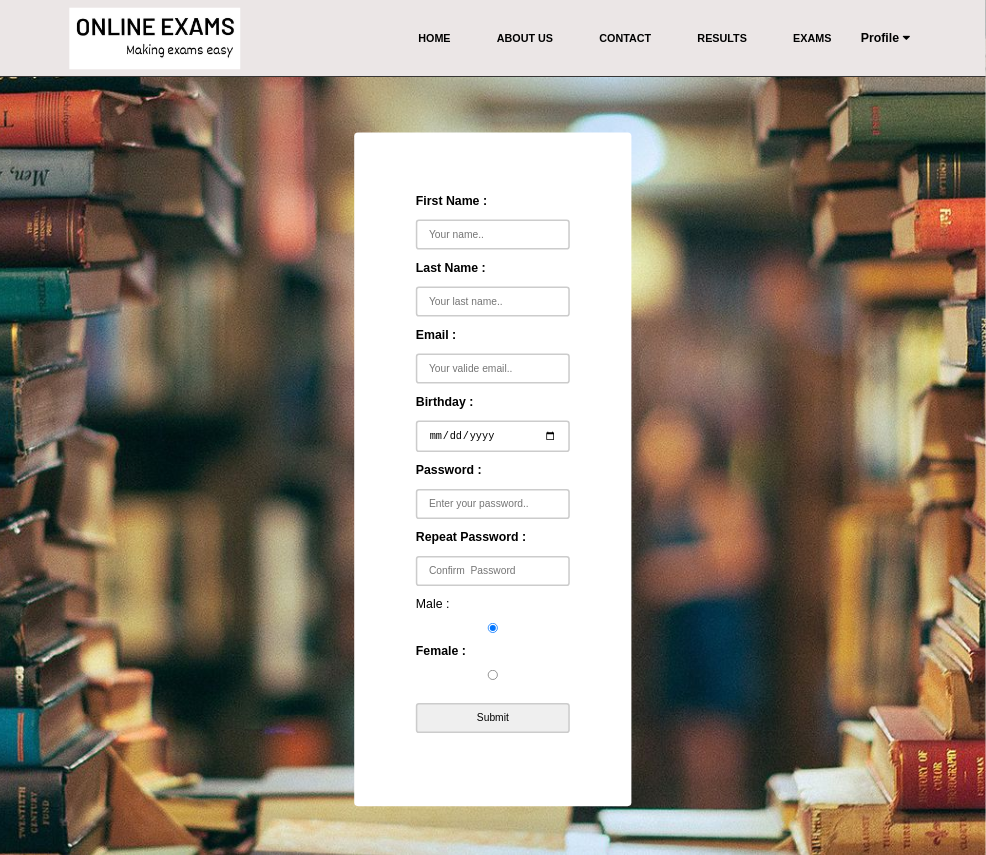
Repository: Isurinda-Shamika/online-exam
Page: http://localhost/online_exam/update_profile.jsp
These files come from the project's save history. The page is drawn as it stood at one moment and after the next save; the edit follows.
The browser window is 1280 px wide. The pictures show the whole page, at 77% of full size.
Some web libraries are served in a nearby version. The page is served by Tomcat 9. Nobody is signed in. The application's start-up code is not run. Other server files are loaded and not shown.

Above is the page before, as saved 2022-11-09 09:08:32.

### online exam/src/main/webapp/update_profile.jsp
<%@ page language="java" contentType="text/html; charset=ISO-8859-1"
    pageEncoding="ISO-8859-1"%>
<!DOCTYPE html>
<html>
<head>

	<title>Registration Page</title>
	<link rel="stylesheet" type="text/css" href="CSS/register.css">
	<!--Bootstrap website link to get social media icons(use.fontawesome.com)-->
	<link
      rel="stylesheet"
      href="https://use.fontawesome.com/releases/v5.13.0/css/all.css"
      integrity="sha384-Bfad6CLCknfcloXFOyFnlgtENryhrpZCe29RTifKEixXQZ38WheV+i/6YWSzkz3V"
      crossorigin="anonymous"/>
	  <script src="JS/register.js"></script>
	<script src=""></script>

</head>
<body>
	<!--Header-->
	<!--Navigation Bar-->

	<nav>
		<a href="home.html"><img src="Images/logo.jpeg" class="logo"></a>
		<ul>
			<li><a href="home.html">Home</a></li>
			<li><a href="about-us.html">About Us</a></li>
			<li><a href="contact.html">Contact</a></li>
			<li><a href="results.html">Results</a></li>
			<li><a href="Exams.html">Exams</a></li>
			<div class="dropdown">
				<button class="dropbtn">Profile
				<i class="fa fa-caret-down"></i>
				</button>
				<div class="dropdown-content">
                    <a href="login.html">Sign In</a>
				</div>
			</div>
		</ul>
	</nav>
	<br>
	<br>
	<br>
	<br>
	<br>
	<br>
<div class = register_page>
	<!--Register Form-->
	<div class = form>

        <body>
            <div class="register-wrapper">
                <div class="form">
                    <form action="register_process.php" method="POST" id="reg_form">
                        <div>
                            <div class="form-group">
                                <label for="fname"><b>First Name :</b></label>
                                <input class="form-element" type="text" id="fname" name="firstname" placeholder="Your name.." autocomplete="off" required>
                                <small style="color:red;"></small>
                            </div>
                            <div class="form-group">
                                <label for="lname"><b>Last Name :</b></label>
                                <input class="form-element" type="text" id="lname" name="lastname" placeholder="Your last name.." autocomplete="off" required>
                            </div>
                        </div>
                        <div>
                            <div class="form-group">
                                <label for="email"><b>Email :</b></label>
                                <input class="form-element" type="text" id="email" name="email" placeholder="Your valide email.." autocomplete="off">
                                <small style="color:red;"></small>
                            </div>
                            <div class="form-group">
                                <label for="birthday"><b>Birthday :</b></label>
                                <input class="form-element" type="date" id="birthday" name="birthday" required>

                            </div>
                        </div>
                        <div>
                            <div class="form-group">
                                <label for="password"><b>Password :</b> </label>
                                <input class="form-element" type="password" id="password" name="password" placeholder="Enter your password.." autocomplete="off">
                                <small style="color:red;"></small>
                            </div>
                            <div class="form-group">
                                <label for="password_repeat"><b>Repeat Password :</b></label>
                                <input class="form-element" type="password" placeholder="Confirm  Password" name="password_repeat" id="password_repeat" autocomplete="off">
                                <small style="color:red;"></small>
                            </div>
                        </div>
                        <div>
                            <div class="form-group" id="radio">
                                <b></b>Male :</b>
                                <input class="form-radio" type="radio" name="gender" id="male" value="M" checked>
                                <b>Female :</b>
                                <input class="form-radio" type="radio" name="gender" id="female" value="F">
                            </div>
                        </div>
                        <div>

                        </div>
                        <div class="w-100 p-1">
                            <input type="submit" class="submit_btn float-right" id="submit_btn" value="Submit">
                        </div>

                    </form>
                </div>
            </div>

### online exam/src/main/webapp/CSS/register.css
body{
	background-image: url("../images/book.jpg");
	height: 100%;
	background-position: center;
    background-repeat: no-repeat;
    background-size: cover;
	margin: 0;
    padding: 0;
    font-family: Arial;
    background-color: rgb(255, 255, 255);
}

p{
    color: #000000;
}
nav{
    position: absolute;
    top: 0;
    left: 0;
    width: 100%;
    height: 100px;
    padding: 10px 90px;
    box-sizing: border-box;
    background:rgb(235, 230, 230);
    border-bottom:1px solid #000000;
 z-index: 1;
}

.logo{
    width: 222px;
    cursor: pointer;
}

nav ul{
    list-style: none;
    float: right;
    margin: 0;
    padding: 0;
    display: flex;
}

nav ul li a{
    line-height: 80px;
    color: rgb(0, 0, 0);
    padding: 12px 30px;
    text-decoration: none;
    font-size: 14px;
    font-weight: bold;
    text-transform: uppercase;
}

nav ul li a:hover{
   color: #4caf50;
}

.dropdown {
 float: left;
 overflow: hidden;
}

.dropdown .dropbtn {
    font-size: 16px;
    border: none;
    outline: none;
    color: rgb(0, 0, 0);
    padding: 30px 8px 5px 8px;
    background-color: inherit;
    font-family: Arial;
    margin: 0;
    font-weight:Bold;
}

.navbar a:hover, .dropdown:hover .dropbtn {
 color: #4caf50;
}

.dropdown-content {
    display: none;
    position: absolute;
    background-color: rgb(0, 0, 0);
    min-width: 160px;
    box-shadow: 0px 8px 16px 0px rgba(0,0,0,0.2);
    z-index: 1;
}

.dropdown-content a {
 float: none;
 color: white;
 padding: 12px 25px;
 text-decoration: none;
 display: block;
 text-align: left;
}

.dropdown-content a:hover {
 background-color: #4caf50;
}

.dropdown:hover .dropdown-content {
 display: block;
}

.line-before-footer{
 background-color: transparent;
 border-color:transparent;
 margin-top: 140px;
}

.register_page{
	width: 360px;
	padding: 5%;
	margin: auto;
}

.form{
  border-radius: 5px;
  background-color: f;
  padding: 40px;
  position: relative;
  z-index: 1;
  background: #ffffff;
  max-width: 400px;
  margin: auto;
  text-align: left;
}

.form input{
  width: 100%;
  padding: 10px 15px;
  margin: 15px 0;
  display: inline-block;
  border: 2px solid #ccc;
  border-radius: 4px;
  box-sizing: border-box;
}

.btn{
  width: 100%;
  background-color: #4CAF50;
  color: white;
  padding: 20px 25px;
  margin: 20px 0;
  border: none;
  border-radius: 4px;
  cursor: pointer;
}

.btn:hover  {
  background: rgb(255, 196, 0);
}

.topic{
   font-family: "Arial", sans-serif;
   width: 100%;
   text-align: center;
   border-bottom: 1px solid #000;
   line-height: 0.1em;
   margin: 10px 0 20px;
}

.topic span {
    background:#fff;
    padding:0 10px;
}

footer{
 background: #191920;
 height: 300px;
 color: white;
 position: relative;
 margin-top: -20px;
}

.footer_bottom{
 background: rgb(194, 189, 189);
 height: 30px;
 width: 100%;
 text-align: center;
 position: absolute;
 bottom: 0px;
 left: 0px;
 padding-top: 0px;
}

.social{
 margin: 20px ;
 margin-left: 32%;
 position: absolute;
 bottom: 25px;
 left: 12.5%;
 right: 35px;
}

.social a{
 color: #fff;
 margin-right: 25px;
 font-size: 22px;
 text-decoration: none;
 transition: .3s linear;
}

.social a:hover{
 color: #2196f3;
}

.footer_links{
 float: right;
 margin-right: 50px;
 position: sticky;
}

.footer_links li{
 list-style: none;
 margin-left: 18px;

}

.footer_links a{
 text-decoration: none;
 color: white;
 line-height: 2;
}

.footer_links h4{
 letter-spacing: 2px;
 text-transform: uppercase;
 margin-top: -160px;
 margin-left: 20px;
 padding: 20px;
}

.footer_links a:hover{
 color: #4caf50;
}

.left_col{
 margin-top: -150px;
 margin-left: 30px;
}

h5{
    font-family:'Arial';
}

.center_details {
 padding-left: 240px;
}

.border{
 width: 235px;
 height: 3px;
 background: #4caf50;
}

.newletter_form{
 display: flex;
 justify-content: center;
 flex-wrap: wrap;
}

.txt{
 flex: 1;
 padding: 10px 50px;
 font-weight: 700;
 border: none;
 outline: none;
}

.btnsubmit{
 flex: 1;
 padding: 10px 20px;
 font-weight: 700;
 border: none;
 background: #4caf50;
}

.btn:hover{
 background: rgb(255, 196, 0);
}

.details li{
 list-style: none;
 margin-left: 400px;
 line-height: 1.2;
 padding-top: 20px;
}

### online exam/src/main/webapp/JS/register.js
function func(){
    alert("Registered Successfully!");
  }

After the next save:
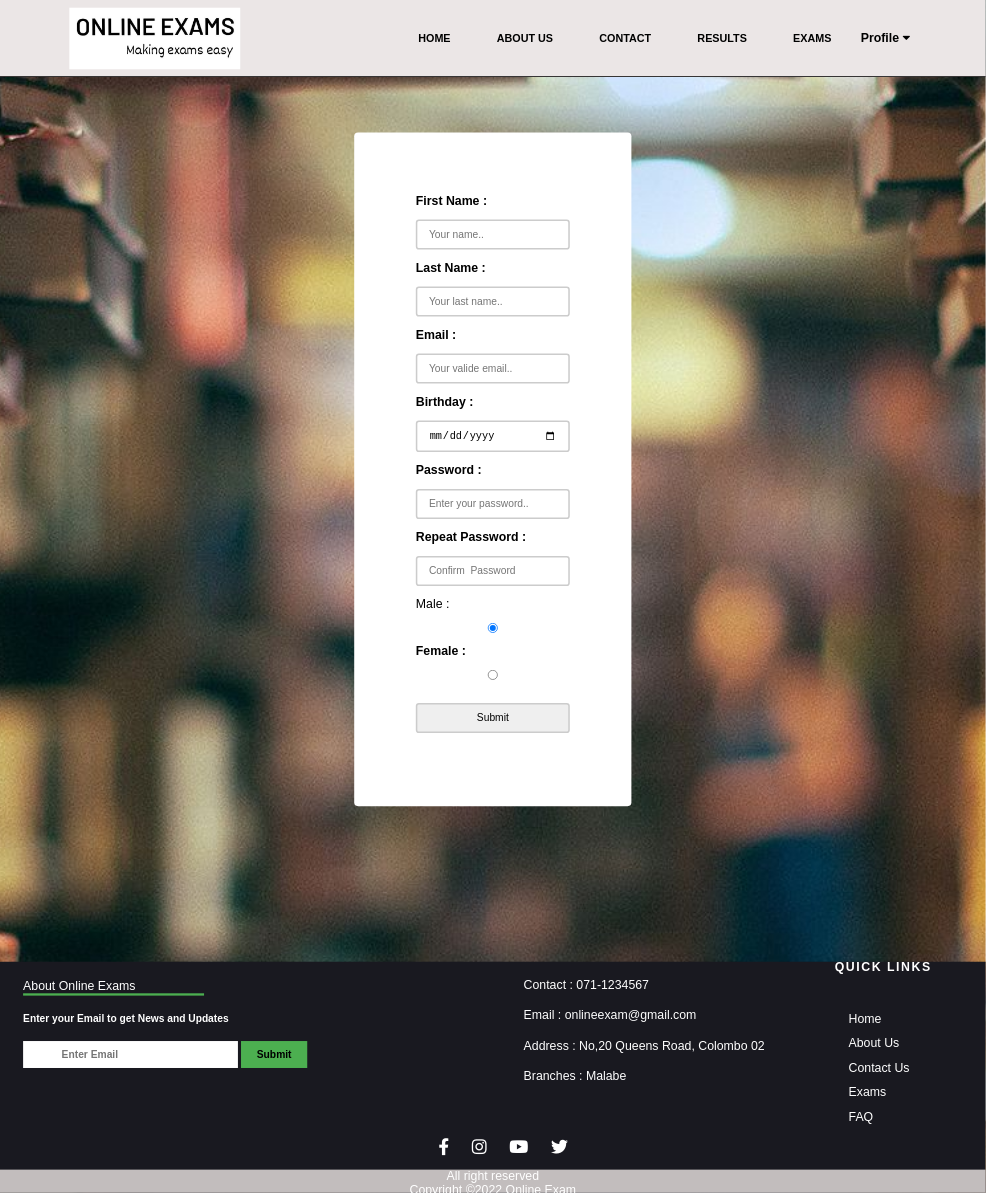
Saved 34 s later.
--- a/online exam/src/main/webapp/update_profile.jsp
+++ b/online exam/src/main/webapp/update_profile.jsp
@@ -105,3 +105,59 @@
                     </form>
                 </div>
             </div>
+                    </body>
+
+        </html>
+    </div>
+</div>
+
+
+
+        <!--Footer-->
+        <hr class = "line-before-footer">
+        <footer>
+            <div class="footer_content">
+                <div class="center_details">
+                    <ul class="details">
+                        <li>Contact : 071-1234567</li>
+                        <li>Email : onlineexam@gmail.com</li>
+                        <li>Address : No,20 Queens Road, Colombo 02</li>
+                        <li>Branches : Malabe</li>
+                    </ul>
+
+                </div>
+                <div class="left_col">
+                    <h7>About Online Exams</h7>
+                    <div class="border"></div>
+                    <h5>Enter your Email to get News and Updates</h5>
+                    <form action="" class="newsletter_form">
+                        <input type="Email" class="txt" placeholder="Enter Email" name="">
+                        <input type="submit" class="btnsubmit" value="Submit" name="">
+
+                    </form>
+                </div>
+                <div class="footer_links">
+                    <h4>Quick Links</h4>
+                    <ul>
+                        <li><a href="home.html">Home</a></li>
+                        <li><a href="about-us.html">About Us</a></li>
+                        <li><a href="contact.html">Contact Us</a></li>
+                        <li><a href="exams.html">Exams</a></li>
+                        <li><a href="faq.html">FAQ</a></li>
+                    </ul>
+                </div>
+            </div>
+
+                <div class="social">
+                    <a href="https://www.facebook.com" target="_blank"><i class="fab fa-facebook-f"></i></a>
+                    <a href="https://www.instagram.com" target="_blank"><i class="fab fa-instagram"></i></a>
+                    <a href="https://www.youtube.com" target="_blank"><i class="fab fa-youtube"></i></a>
+                    <a href="https://www.twitter.com" target="_blank"><i class="fab fa-twitter"></i></a>
+                </div>
+        </div>
+            <div class="footer_bottom">
+                <h8>All right reserved<br/>Copyright &copy;2022 Online Exam</h8>
+            </div>
+        </footer>
+    </body>
+</html>
